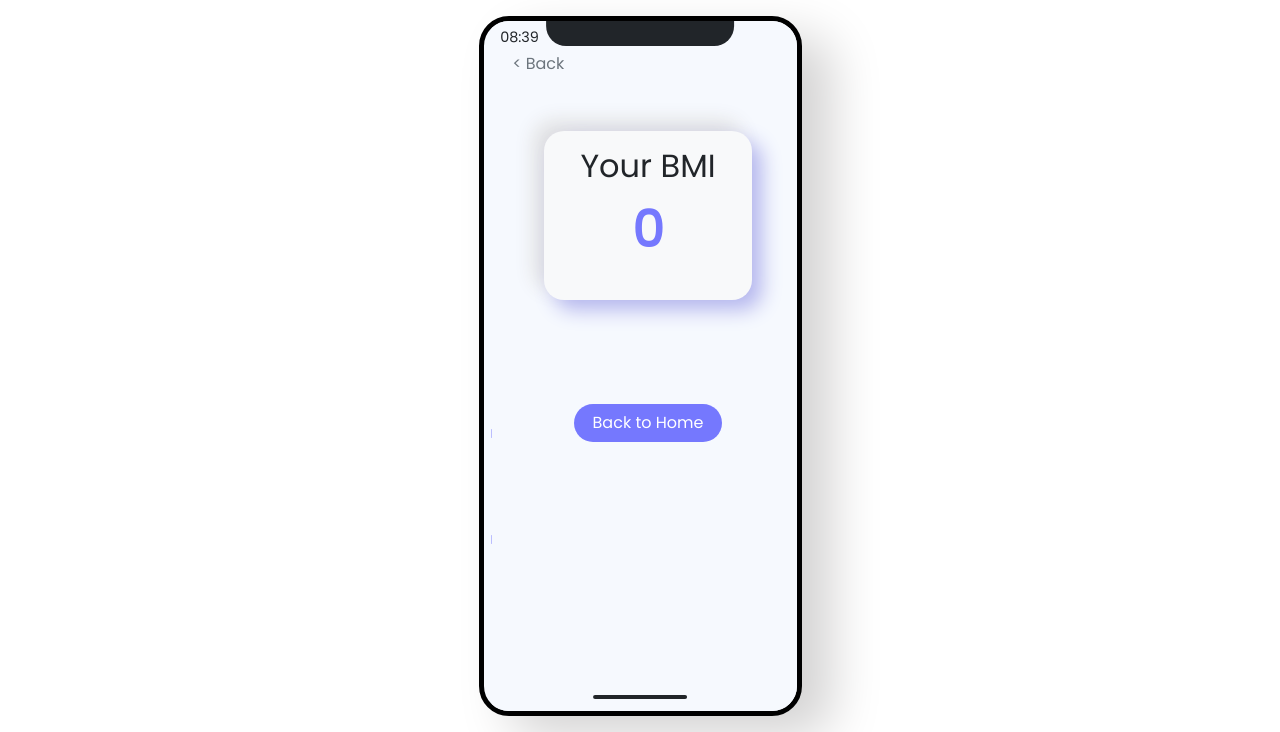
Repository: thinhnguyen347/bmi
Page: /
The author's editor kept a copy of each file at every save. The page is drawn from the files as they stood at one save, then again after a run of saves.
The browser window is 1280 px wide. The pictures show the whole page.
The project was rebuilt for these pictures with package versions that can differ from the ones it lists, and the page was loaded fresh each time.

Above is the page before, as saved 2021-09-18 21:43:26.

### public/index.html
<!DOCTYPE html>
<html lang="en">
  <head>
    <meta charset="utf-8" />
    <meta
      name="viewport"
      content="width=device-width, initial-scale=1, shrink-to-fit=no"
    />
    <meta name="theme-color" content="#000000" />
    <!--
      manifest.json provides metadata used when your web app is added to the
      homescreen on Android. See https://developers.google.com/web/fundamentals/engage-and-retain/web-app-manifest/
    -->
    <link rel="manifest" href="%PUBLIC_URL%/manifest.json" />
    <link rel="shortcut icon" href="%PUBLIC_URL%/favicon.png" />
    <!--
      Notice the use of %PUBLIC_URL% in the tags above.
      It will be replaced with the URL of the `public` folder during the build.
      Only files inside the `public` folder can be referenced from the HTML.

      Unlike "/favicon.ico" or "favicon.ico", "%PUBLIC_URL%/favicon.ico" will
      work correctly both with client-side routing and a non-root public URL.
      Learn how to configure a non-root public URL by running `npm run build`.
    -->
    <link
      rel="stylesheet"
      href="https://cdnjs.cloudflare.com/ajax/libs/font-awesome/4.7.0/css/font-awesome.min.css"
      integrity="sha256-eZrrJcwDc/3uDhsdt61sL2oOBY362qM3lon1gyExkL0="
      crossorigin="anonymous"
    />
    <title>BMI Calculator</title>
  	<link id="external-css" rel="stylesheet" type="text/css" href="https://fonts.googleapis.com/css?family=Advent+Pro&amp;display=swap" media="all">
	<link id="external-css" rel="stylesheet" type="text/css" href="https://fonts.googleapis.com/css?family=Poppins&amp;display=swap" media="all">
</head>

  <body>
    <noscript>
      You need to enable JavaScript to run this app.
    </noscript>
    <div id="root"></div>
    <!--
      This HTML file is a template.
      If you open it directly in the browser, you will see an empty page.

      You can add webfonts, meta tags, or analytics to this file.
      The build step will place the bundled scripts into the <body> tag.

      To begin the development, run `npm start` or `yarn start`.
      To create a production bundle, use `npm run build` or `yarn build`.
    -->
  </body>
</html>

### src/index.js
import { StrictMode } from "react";
import ReactDOM from "react-dom";
import "bootstrap/dist/css/bootstrap.min.css";
import App from "./App";

const rootElement = document.getElementById("root");
ReactDOM.render(
  <StrictMode>
    <App />
  </StrictMode>,
  rootElement
);

### src/App.js
import React, { useState } from "react";
import male from "./component/img/male.png";
import female from "./component/img/female.png";
import bravo from "./component/img/bravo.gif";
import biking from "./component/img/biking.gif";
import heart from "./component/img/heart.gif";
import vegetable from "./component/img/vegetable.gif";
import "./App.css";

export default function App() {
  const [inputHeight, setInputHeight] = useState(170);
  const [inputWeight, setInputWeight] = useState(65);
  const [BMI, setBMI] = useState(0);
  const [message, setMessage] = useState("");
  const [showNextPage, setShowNextPage] = useState(false);
  const [showBtnState, setShowBtnState] = useState("start-100");
  const [mode, setMode] = useState("Metric");
  const [heightUnit, setHeightUnit] = useState("cm");
  const [weightUnit, setWeightUnit] = useState("kg");
  const [minHeight, setMinHeight] = useState(120);
  const [maxHeight, setMaxHeight] = useState(200);
  const [stepHeight, setStepHeight] = useState(1);
  const [minWeight, setMinWeight] = useState(40);
  const [maxWeight, setMaxWeight] = useState(150);
  const [stepWeight, setStepWeight] = useState(1);

  const time = new Date().toLocaleTimeString("vi-VN", {
    hour: "2-digit",
    minute: "2-digit"
  });

  function getInputHeight(e) {
    if (mode === "Metric") {
      setMinHeight(120);
      setMaxHeight(200);
      setStepHeight(1);
      setInputHeight(e.target.value);
    }

    if (mode === "Imperial") {
      let temp = e.target.value;
      setMinHeight(3.9);
      setMaxHeight(6.6);
      setStepHeight(0.1);
      setInputHeight(temp);
    }
  }

  function getInputWeight(e) {
    if (mode === "Metric") {
      setMinWeight(40);
      setMaxWeight(150);
      setStepWeight(0.5);
      setInputWeight(e.target.value);
    }

    if (mode === "Imperial") {
      let temp = e.target.value;
      setMinWeight(88);
      setMaxWeight(331);
      setStepWeight(0.5);
      setInputWeight(temp);
    }
  }

  function calculateBMI() {
    let index = 0;
    if (mode === "Metric") {
      index = ((inputWeight * 10000) / (inputHeight * inputHeight)).toFixed(1);
    }

    if (mode === "Imperial") {
      index = (
        (inputWeight * 0.45359237 * 10000) /
        Math.pow(inputHeight * 30.48, 2)
      ).toFixed(1);
    }

    let newMessage = "";

    if (index <= 18.5) {
      newMessage = (
        <>
          <img
            className="d-block mx-auto mb-2"
            src={biking}
            alt="biking"
            width="100px"
          />
          <p className="text-center h5">
            You are <span className="text-primary fw-bold">underweight </span>.
            Let's follow a healthful diet and do more excercises.
          </p>
        </>
      );
      setMessage(newMessage);
    }

    if (index > 18.5 && index <= 25) {
      newMessage = (
        <>
          <img
            className="d-block mx-auto mb-2"
            src={bravo}
            alt="good-health"
            width="100px"
          />
          <p className="text-center h5">
            <span className="text-success fw-bold">
              You are in a good shape.
            </span>{" "}
            Keep up maintaining your perfect body!
          </p>
        </>
      );
      setMessage(newMessage);
    }

    if (index > 25 && index <= 30) {
      newMessage = (
        <>
          <img
            className="d-block mx-auto mb-2"
            src={vegetable}
            alt="vegetable"
            width="100px"
          />
          <p className="text-center h5">
            You are <span className="App-color fw-bold">overweight</span>. Let's
            start a healthy diet, be more physically active, and making changes
            to your usual habits.
          </p>
        </>
      );
      setMessage(newMessage);
    }

    if (index > 30) {
      newMessage = (
        <>
          <img
            className="d-block mx-auto mb-2"
            src={heart}
            alt="heart"
            width="100px"
          />
          <p className="text-center h5">
            You are facing with{" "}
            <span className="text-danger fw-bold">obesity</span>. Please contact
            doctor or health consultant for advice as soon as possible.
          </p>
        </>
      );
      setMessage(newMessage);
    }

    setBMI(index);
    setShowNextPage(true);
  }

  function backHomePage() {
    setShowNextPage(false);
    setBMI(0);
    setMessage("");
  }

  function showBtnMode() {
    setShowBtnState("end-0");
  }

  function hideBtnMode() {
    setShowBtnState("start-100");
  }

  function changeMode() {
    if (mode === "Metric") {
      let newHeight = (inputHeight * 0.032808399).toFixed(1);
      let newWeight = (inputWeight * 2.20462262).toFixed(1);
      setInputHeight(newHeight);
      setInputWeight(newWeight);

      setMode("Imperial");
      setHeightUnit("ft");
      setWeightUnit("lb");
      setMinHeight(3.9);
      setMaxHeight(6.6);
      setStepHeight(0.1);
      setMinWeight(88);
      setMaxWeight(331);
      setStepWeight(0.5);
    } else {
      let newHeight = (inputHeight * 30.48).toFixed(0);
      let newWeight = (inputWeight * 0.45359237).toFixed(1);
      setInputWeight(newWeight);
      if (newHeight < 120) {
        setInputHeight(120);
      } else {
        setInputHeight(newHeight);
      }

      setMode("Metric");
      setHeightUnit("cm");
      setWeightUnit("kg");
      setMinHeight(120);
      setMaxHeight(200);
      setStepHeight(1);
      setMinWeight(40);
      setMaxWeight(150);
      setStepWeight(0.5);
    }

    setTimeout(() => setShowBtnState("start-100"), 1500);
  }

  return (
    <div className="App">
      <div className="App-container overflow-hidden my-3 px-2 py-5 position-relative mx-auto col-12 col-md-6 d-flex flex-column">
        <div className="App-notch bg-dark position-absolute top-0 start-50 translate-middle"></div>
        <div className="App-time position-absolute top-0 start-0">
          <p className="text-center">{time}</p>
        </div>
        <button
          className={`btn App-measurement-modal-show text-white position-absolute ${showBtnState}`}
          onClick={changeMode}
          onMouseOut={hideBtnMode}
        >
          {mode}
        </button>
        <button
          className="btn App-measurement-modal-hide text-white position-absolute"
          onClick={showBtnMode}
        >
          +
        </button>

        <div className="App-bar bg-dark position-absolute start-50 translate-middle"></div>
        <div
          className={`App-result position-absolute top-0 px-2 py-4 ${showNextPage && "end-100"}`}
        >
          <p className="btn text-secondary m-0" onClick={backHomePage}>
            &lt; Back
          </p>
          <div className="App-result-container bg-light mx-auto p-3 my-5">
            <p className="h2 text-center">Your BMI</p>
            <p className="App-result-bmi text-center App-color fw-bolder">
              {BMI}
            </p>
          </div>
          <div className="py-1">{message}</div>
          <div className="w-100 py-5 d-flex">
            <button
              className="App-button-back btn rounded-pill text-white mx-auto mb-0 mt-auto"
              onClick={backHomePage}
            >
              Back to Home
            </button>
          </div>
        </div>
        <p className="h2 text-center pt-2">
          <span className="App-logo">BMI</span>&nbsp;Calculator
        </p>
        <p className="pt-3 text-secondary">
          Body Mass Index (BMI) is a measure of adult body fat based on height
          and weight. Select your <strong>gender</strong>,{" "}
          <strong>height</strong> and <strong>weight</strong> to get the result.
        </p>
        <div className="d-flex flex-column py-2 flex-grow-1 flex-shrink-1 align-content-between">
          <div className="App-image py-2 d-flex flex-row justify-content-around">
            <div>
              <label htmlFor="male">
                <input
                  type="radio"
                  id="male"
                  name="gender"
                  value="male"
                  defaultChecked={true}
                />
                <img src={male} width="100px" alt="male" />
                <p className="text-center pt-2 m-0"> Male</p>
              </label>
            </div>
            <div>
              <label htmlFor="female">
                <input type="radio" id="female" name="gender" value="female" />
                <img src={female} width="100px" alt="female" />
                <p className="text-center pt-2 m-0"> Female</p>
              </label>
            </div>
          </div>
          <div>
            <div className="d-flex align-items-center justify-content-between">
              <p className="h6 App-color fw-bolder">&#9656; Height:</p>
              <p className="App-color">
                <span className="App-color fs-3 fw-bold">{inputHeight}</span>
                &nbsp;{heightUnit}
              </p>
            </div>
            <div>
              <input
                type="range"
                className="App-slider"
                min={minHeight}
                max={maxHeight}
                value={inputHeight}
                onChange={getInputHeight}
                step={stepHeight}
              />
            </div>
          </div>
          <div className="py-4">
            <div className="d-flex align-items-center justify-content-between">
              <p className="h6 App-color fw-bolder">&#9656; Weight:</p>
              <p className="App-color">
                <span className="App-color fs-3 fw-bold">{inputWeight}</span>
                &nbsp;{weightUnit}
              </p>
            </div>
            <div>
              <input
                type="range"
                className="App-slider"
                min={minWeight}
                max={maxWeight}
                step={stepWeight}
                value={inputWeight}
                onChange={getInputWeight}
              />
            </div>
          </div>
          <button
            className="App-button text-white btn w-100 rounded-pill my-3 mx-auto"
            onClick={calculateBMI}
            data-bs-toggle="modal"
            data-bs-target="#exampleModal"
          >
            Show BMI
          </button>
        </div>
      </div>
    </div>
  );
}

### src/App.css
@import url("https://cdnjs.cloudflare.com/ajax/libs/font-awesome/5.15.4/css/fontawesome.min.css");

.App {
  font-family: Poppins;
  font-size: 16px;
}

.App-container {
  width: 323px;
  height: 700px;
  border: 5px solid black;
  border-radius: 30px;
  box-shadow: 30px 20px 50px #d4d3d3;
  background-color: #f6f9fe;
}

.App-measurement-modal-show {
  z-index: 5;
  background-color: #7578fe;
  height: 40px;
  width: 28%;
  border-radius: 20px 0 0 20px;
  top: 28%;
  transition: 0.5s cubic-bezier(0.02, 0.76, 0.12, 0.89);
}

.App-measurement-modal-hide {
  z-index: 4;
  background-color: #7578fe;
  height: 40px;
  width: 5%;
  border-radius: 20px 0 0 20px;
  top: 28%;
  right: 0;
  opacity: 0.6;
  transition: all 0.5s cubic-bezier(0.02, 0.76, 0.12, 0.89);
}

.App-measurement-modal-hide:hover {
  width: 10%;
}

.App-measurement-modal-hide:hover,
.App-measurement-modal-hide:focus,
.App-measurement-modal-show:focus {
  opacity: 1;
  box-shadow: 0 0 0 0;
}

.App-notch,
.App-bar,
.App-time {
  z-index: 999;
}

.App-time {
  width: 23%;
  padding: 6px 0px;
  font-size: 0.9em;
}

.App-notch {
  width: 60%;
  height: 50px;
  border-radius: 20px;
}

.App-bar {
  bottom: 10px;
  width: 30%;
  height: 4px;
  border-radius: 5px;
}

.App-logo,
.App-color {
  color: #7578fe;
}

.App-button {
  background-color: #7578fe;
  opacity: 1;
  width: 80% !important;
  transition: 0.5s ease-in-out;
}

.App-button:hover,
.App-button-back:hover {
  opacity: 0.8;
  transform: translateY(-5px);
}

input[type="radio" i],
input[type="range" i] {
  appearance: none;
  -moz-appearance: none;
  -webkit-appearance: none;
}

input[type="radio" i] {
  opacity: 0;
  width: 0;
  height: 0;
}

label img {
  opacity: 0.5;
  cursor: pointer;
  transition: 0.4s ease-in-out;
  border-radius: 50%;
}

label img:hover {
  opacity: 1;
  box-shadow: 5px 5px 10px #a8a9fe;
}

input[type="radio"]:checked ~ img {
  opacity: 1;
  box-shadow: 0px 0px 15px 5px #a8a9fe;
}

input[type="radio"]:checked ~ p {
  opacity: 1;
}

label p {
  opacity: 0;
  transition: 0.4s ease-in-out;
}

label img:hover ~ p {
  opacity: 1;
}

.App-slider,
.App-slider:focus {
  width: 100%;
  height: 2px;
  background-color: #7578fe;
  border-radius: 2px;
  opacity: 0.8;
  transition: opacity 0.5s ease-in-out;
}

.App-slider:hover {
  opacity: 1;
}

.App-slider::-webkit-slider-thumb {
  -webkit-appearance: none;
  appearance: none;
  width: 20px;
  height: 20px;
  border-radius: 50%;
  background: #7578fe;
  cursor: pointer;
  border: none;
}

.App-result {
  width: 100%;
  height: 100%;
  z-index: 10;
  background-color: #f6f9fe;
  transition: 0.5s cubic-bezier(0.02, 0.76, 0.12, 0.89);
}

.App-result-container {
  box-shadow: 10px 10px 20px #b5b7ee, -10px -10px 20px #dfdfe0;
  width: 70%;
  border-radius: 20px;
}

.App-result-bmi {
  font-size: 50px;
}

.App-button-back {
  background-color: #7578fe;
  opacity: 1;
  width: 50% !important;
  transition: 0.5s ease-in-out;
}

After the next 7 saves:
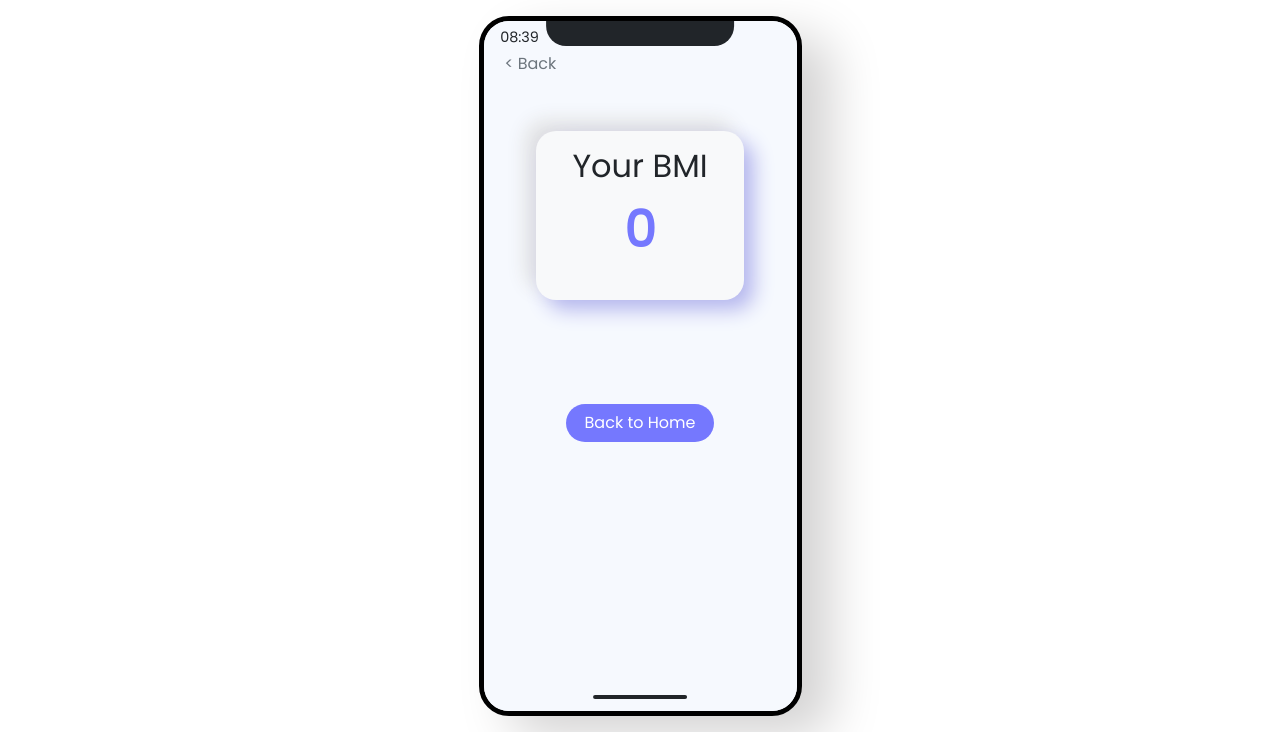
The 7 saves are shown as one change because 3 did not build or start and some came seconds apart.
The last was saved 80 s later.
--- a/src/App.js
+++ b/src/App.js
@@ -235,7 +235,7 @@ export default function App() {
 
         <div className="App-bar bg-dark position-absolute start-50 translate-middle"></div>
         <div
-          className={`App-result position-absolute top-0 px-2 py-4 ${showNextPage && "end-100"}`}
+          className={`App-result position-absolute top-0 px-2 py-4 ${showNextPage ? "end-100" : "end-0"}`}
         >
           <p className="btn text-secondary m-0" onClick={backHomePage}>
             &lt; Back
